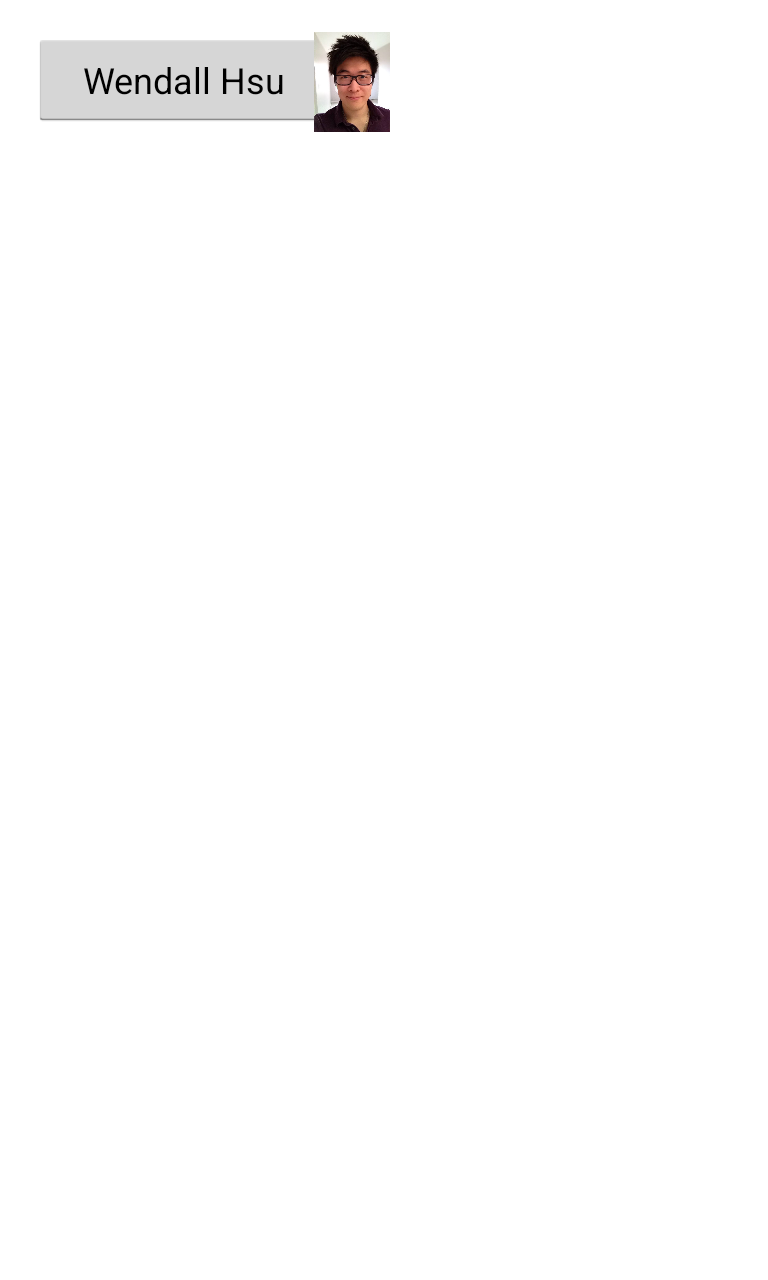
Repository: lethe13/AndroidProgramming
Layout: COMP304-Assignment2/res/layout/activity_main.xml
These files come from the project's save history. The layout is drawn as it stood at one moment and after the next save; the edit follows.
It is drawn on a 768 x 1280 px phone screen (xhdpi) without system bars, with theme AppTheme; the app's code is not run.

Above is the layout before, as saved 2015-10-13 20:46:06.

### COMP304-Assignment2/res/layout/activity_main.xml
<RelativeLayout xmlns:android="http://schemas.android.com/apk/res/android"
    xmlns:tools="http://schemas.android.com/tools"
    android:layout_width="match_parent"
    android:layout_height="match_parent"
    android:paddingBottom="@dimen/activity_vertical_margin"
    android:paddingLeft="@dimen/activity_horizontal_margin"
    android:paddingRight="@dimen/activity_horizontal_margin"
    android:paddingTop="@dimen/activity_vertical_margin"
    tools:context="com.example.comp304_assignment2.MainActivity" >

    <Button
            android:id="@+id/button1"
            android:layout_width="152dp"
            android:layout_height="wrap_content"
            android:text="@string/st1" />

    <ImageView
        android:id="@+id/imageView1"
        android:layout_width="wrap_content"
        android:layout_height="100px"
        android:layout_alignTop="@+id/button1"
        android:src="@drawable/wendall" />

</RelativeLayout>

### COMP304-Assignment2/res/values/strings.xml
<?xml version="1.0" encoding="utf-8"?>
<resources>

    <string name="app_name">COMP304-Assignment2</string>
    <string name="hello_world">Hello world!</string>
    <string name="action_settings">Settings</string>
    <string name="st1">Wendall Hsu</string>

</resources>

Loaded but not shown: COMP304-Assignment2/res/values/styles.xml (common file); COMP304-Assignment2/res/values-v11/styles.xml (common file); COMP304-Assignment2/res/values-v14/styles.xml (common file); COMP304-Assignment2/res/values/dimens.xml (common file); COMP304-Assignment2/res/values-w820dp/dimens.xml (common file)

After the next save:
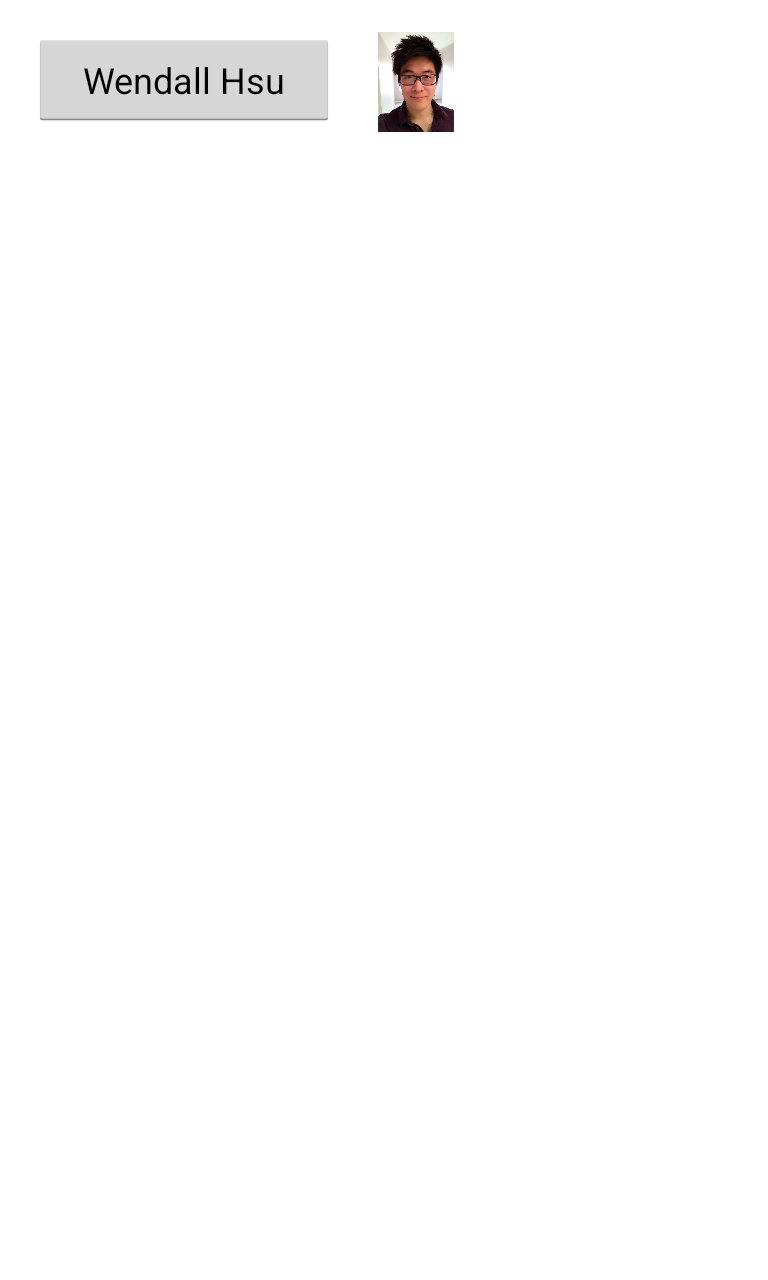
Saved 2 min 24 s later.
--- a/COMP304-Assignment2/res/layout/activity_main.xml
+++ b/COMP304-Assignment2/res/layout/activity_main.xml
@@ -19,6 +19,7 @@
         android:layout_width="wrap_content"
         android:layout_height="100px"
         android:layout_alignTop="@+id/button1"
+        android:layout_alignParentRight="true"
         android:src="@drawable/wendall" />
 
 </RelativeLayout>

After the 2 saves that followed:
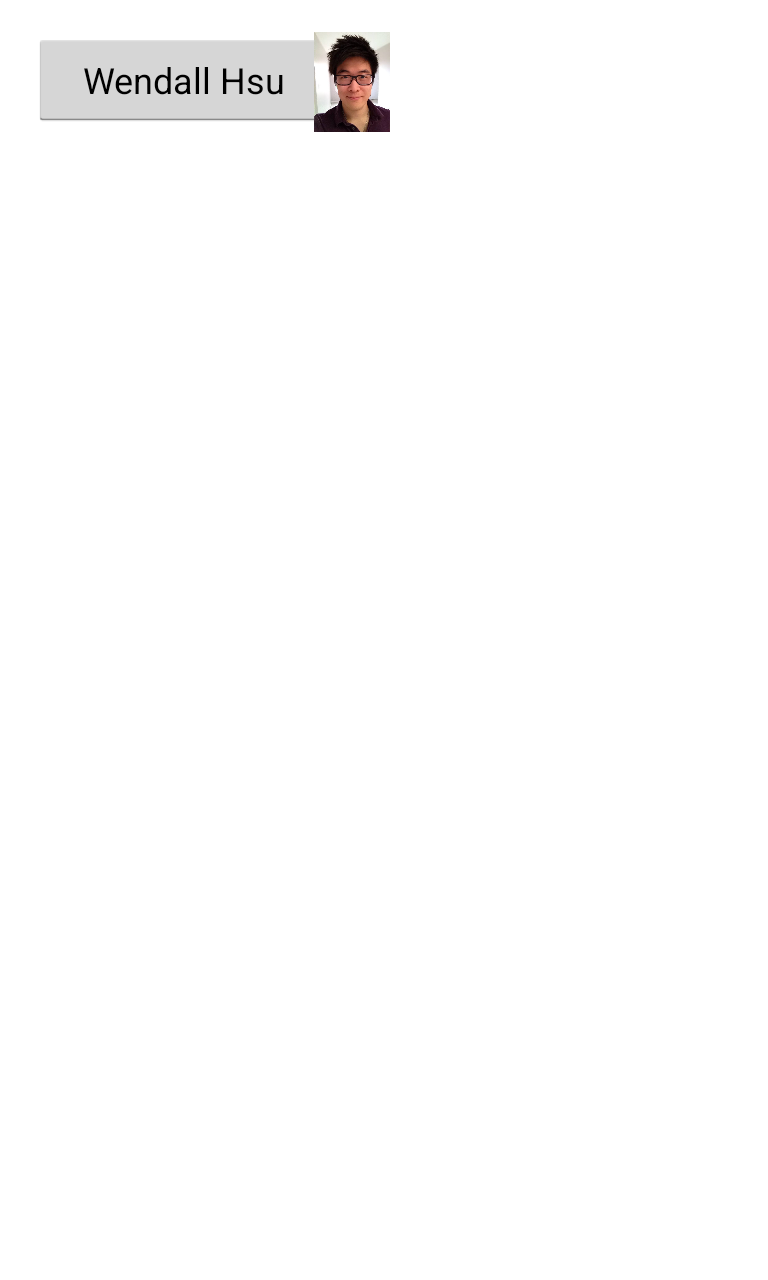
The 2 saves are shown as one change because 1 left the picture as it was.
The last was saved 3 min 15 s later.
--- a/COMP304-Assignment2/res/layout/activity_main.xml
+++ b/COMP304-Assignment2/res/layout/activity_main.xml
@@ -18,8 +18,6 @@
         android:id="@+id/imageView1"
         android:layout_width="wrap_content"
         android:layout_height="100px"
-        android:layout_alignTop="@+id/button1"
-        android:layout_alignParentRight="true"
         android:src="@drawable/wendall" />
 
 </RelativeLayout>
